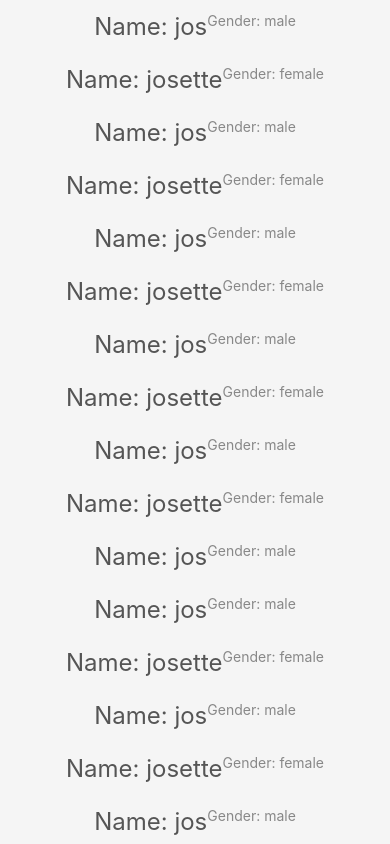
Repository: kfrancois/Bachelorproef-Apps
Screen: / (app in React Native/ListApp/.vscode/)
The author's editor kept a copy of each file at every save. The screen is drawn from the files as they stood at one save, then again after the next save.
An inner scrolling area shows only its first screen. The app was drawn by React Native's web renderer in a window 390 px wide. The project was rebuilt for these pictures with package versions that can differ from the ones it lists, and the page was loaded fresh each time.

Above is the screen before, as saved 2018-04-23 15:02:03.

### React Native/ListApp/.vscode/App.js
import React, { Component } from 'react';
import MyListView from './src/listView';

// type Props = {};
export default class App extends Component {
  render() {
    return <MyListView />;
  }
}

### React Native/ListApp/.vscode/src/listView.js
import React, { Component } from 'react';
import { View, FlatList, Text, SafeAreaView, StyleSheet } from 'react-native';
import items from './items';
import Row from './row';

export default class MyListView extends Component {
  render() {
    return (
      <SafeAreaView style={{ flex: 1, backgroundColor: 'whitesmoke' }}>
        <FlatList
          style={styles.idk}
          contentContainerStyle={styles.container}
          data={items}
          renderItem={data => {
            return <Row item={data.item} />;
          }}
        />
      </SafeAreaView>
    );
  }
}

const styles = StyleSheet.create({
  idk: {
    flex: 1,
    backgroundColor: 'whitesmoke'
  },
  container: {
    justifyContent: 'center',
    alignItems: 'center'
  },
  item: {
    padding: 10,
    fontSize: 18,
    height: 44
  }
});

### React Native/ListApp/.vscode/src/items.js
const items = [
  { key: '0', name: 'jos', gender: 'male' },
  { key: '1', name: 'josette', gender: 'female' },
  { key: '2', name: 'jos', gender: 'male' },
  { key: '3', name: 'josette', gender: 'female' },
  { key: '4', name: 'jos', gender: 'male' },
  { key: '5', name: 'josette', gender: 'female' },
  { key: '6', name: 'jos', gender: 'male' },
  { key: '7', name: 'josette', gender: 'female' },
  { key: '8', name: 'jos', gender: 'male' },
  { key: '9', name: 'josette', gender: 'female' },
  { key: '10', name: 'jos', gender: 'male' },
  { key: '11', name: 'jos', gender: 'male' },
  { key: '12', name: 'josette', gender: 'female' },
  { key: '13', name: 'jos', gender: 'male' },
  { key: '14', name: 'josette', gender: 'female' },
  { key: '15', name: 'jos', gender: 'male' },
  { key: '16', name: 'josette', gender: 'female' },
  { key: '17', name: 'jos', gender: 'male' },
  { key: '18', name: 'josette', gender: 'female' },
  { key: '19', name: 'jos', gender: 'male' },
  { key: '20', name: 'josette', gender: 'female' },
  { key: '21', name: 'jos', gender: 'male' },
  { key: '22', name: 'josette', gender: 'female' },
  { key: '23', name: 'jos', gender: 'male' },
  { key: '24', name: 'josette', gender: 'female' },
  { key: '25', name: 'jos', gender: 'male' },
  { key: '26', name: 'josette', gender: 'female' },
  { key: '27', name: 'jos', gender: 'male' },
  { key: '28', name: 'josette', gender: 'female' },
  { key: '29', name: 'jos', gender: 'male' },
  { key: '30', name: 'josette', gender: 'female' },
  { key: '31', name: 'jos', gender: 'male' },
  { key: '32', name: 'josette', gender: 'female' },
  { key: '33', name: 'jos', gender: 'male' },
  { key: '34', name: 'josette', gender: 'female' },
  { key: '35', name: 'jos', gender: 'male' },
  { key: '36', name: 'josette', gender: 'female' },
  { key: '37', name: 'jos', gender: 'male' },
  { key: '38', name: 'josette', gender: 'female' },
  { key: '39', name: 'jos', gender: 'male' },
  { key: '40', name: 'josette', gender: 'female' },
  { key: '41', name: 'jos', gender: 'male' },
  { key: '42', name: 'josette', gender: 'female' },
];

export default items;

### React Native/ListApp/.vscode/src/row.js
import React from 'react';
import { View, Text, StyleSheet } from 'react-native';

const styles = StyleSheet.create({
  container: {
    padding: 12,
    flexDirection: 'row',
    justifyContent: 'space-between',
    alignItems: 'space-between'
  },
  rowHeading: {
    fontSize: 24,
    color: '#555'
  },
  rowText: {
    fontSize: 14,
    color: '#888'
  }
});

const Row = props => {
  const item = props.item;
  const { name, gender } = item;
  return (
    <View style={styles.container}>
      <Text style={styles.rowHeading}>Name: {name}</Text>
      <Text style={styles.rowText}>Gender: {gender}</Text>
    </View>
  );
};

export default Row;

After the next save:
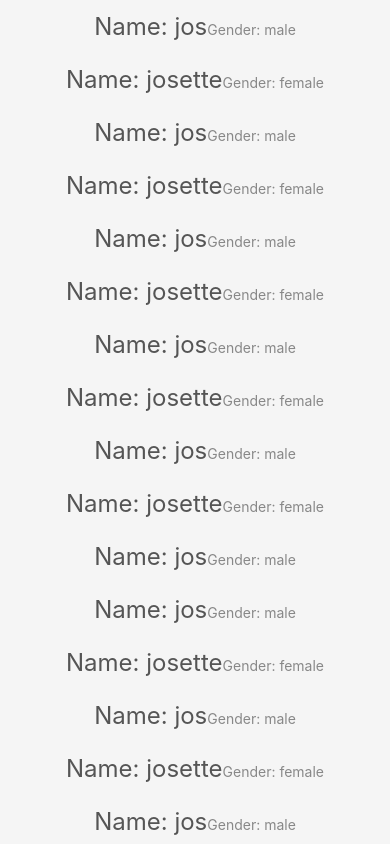
Saved 7 s later.
--- a/React Native/ListApp/.vscode/src/row.js
+++ b/React Native/ListApp/.vscode/src/row.js
@@ -6,7 +6,7 @@ const styles = StyleSheet.create({
     padding: 12,
     flexDirection: 'row',
     justifyContent: 'space-between',
-    alignItems: 'space-between'
+    alignItems: 'baseline'
   },
   rowHeading: {
     fontSize: 24,
